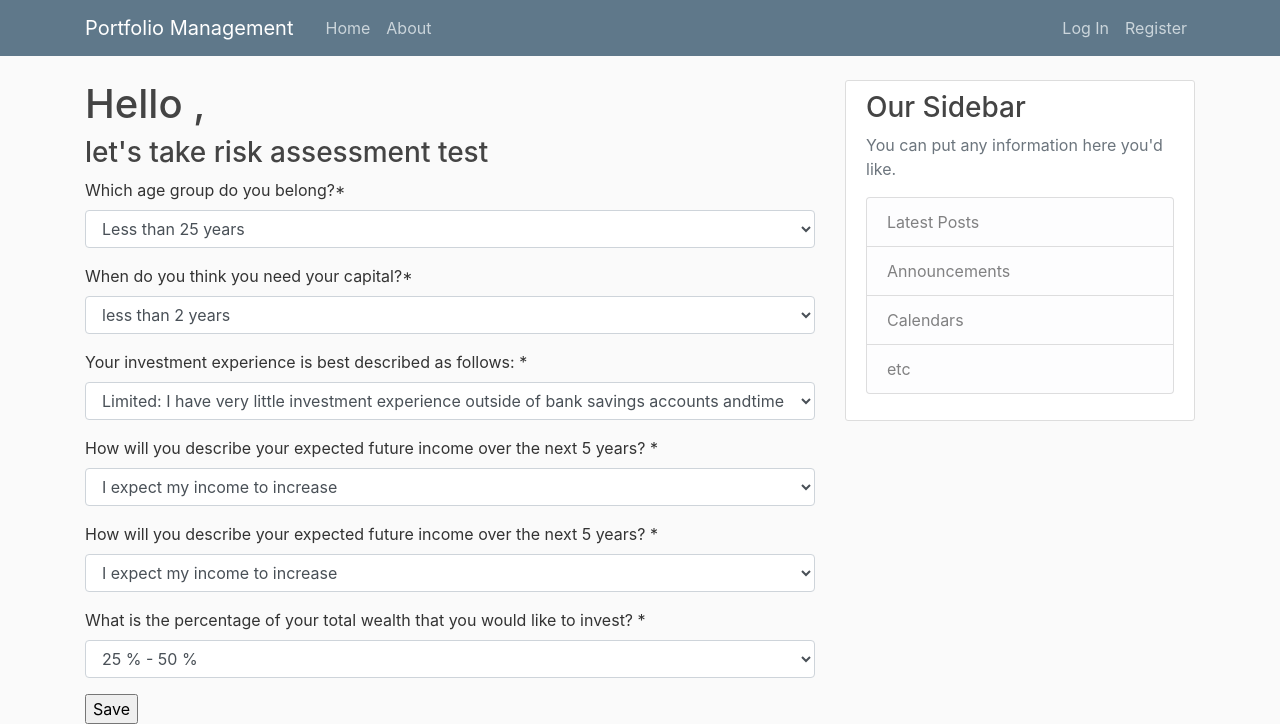
Repository: rahulsolankib/portfolio
Page: http://localhost/questions/
An editor plug-in stored every save of this project. The page is shown before and after the next save, followed by the edit.
The browser window is 1280 px wide. The pictures show the whole page.
The page is served by the project's application, run on Django 3.2 (manage.py).

Above is the page before, as saved 2020-10-20 00:56:57.

After the next save:
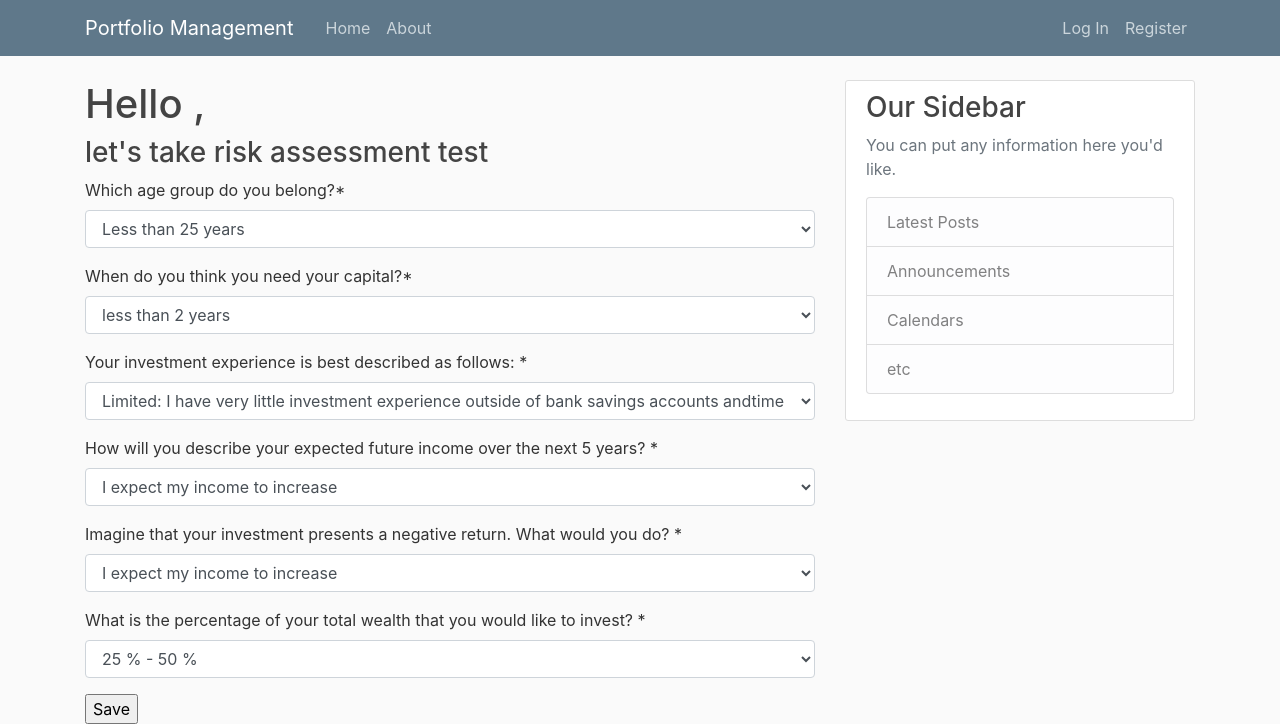
Saved 98 s later.
--- a/riskCalculator/forms.py
+++ b/riskCalculator/forms.py
@@ -39,7 +39,7 @@ class QForm(forms.Form):
     ques2 = forms.TypedChoiceField(label='When do you think you need your capital?',choices=returnyear_group, coerce=int, initial=1)
     ques3 = forms.TypedChoiceField(label='Your investment experience is best described as follows: ',choices=experience_group, coerce=int, initial=1)
     ques4 = forms.TypedChoiceField(label='How will you describe your expected future income over the next 5 years? ',choices=income_status, coerce=int, initial=3)
-    ques5 = forms.TypedChoiceField(label='How will you describe your expected future income over the next 5 years? ',choices=income_status, coerce=int, initial=3)
+    ques5 = forms.TypedChoiceField(label='Imagine that your investment presents a negative return. What would you do? ',choices=income_status, coerce=int, initial=3)
     ques6 = forms.TypedChoiceField(label='What is the percentage of your total wealth that you would like to invest? ',choices=percentage_invest, coerce=int, initial=3)
 
 
